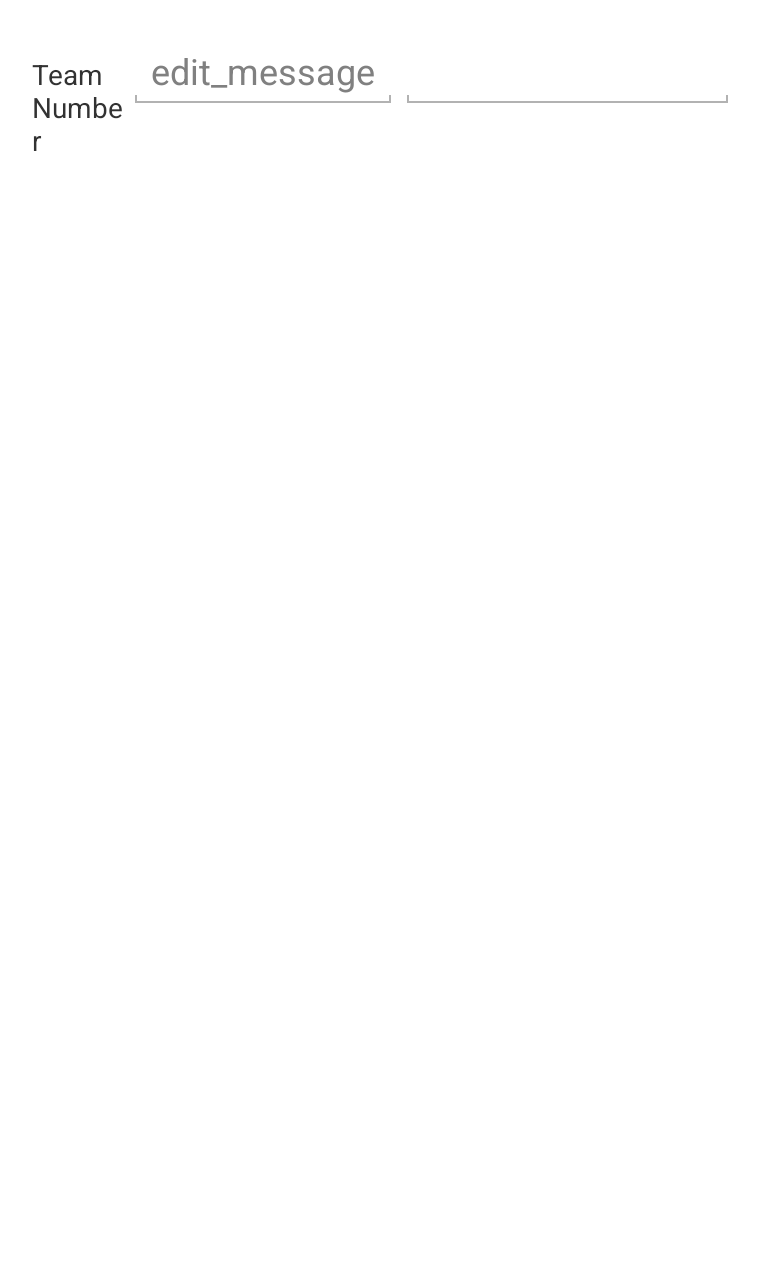
Repository: lmrobotics/linn-mar-robotics
Layout: 2013_14/Android/raflood/workspace/FTCScout/res/layout/activity_main.xml
These files come from the project's save history. The layout is drawn as it stood at one moment and after the next save; the edit follows.
It is drawn on a 768 x 1280 px phone screen (xhdpi) without system bars, with theme AppTheme; the app's code is not run.

Above is the layout before, as saved 2013-10-17 12:36:31.

### 2013_14/Android/raflood/workspace/FTCScout/res/layout/activity_main.xml
<LinearLayout xmlns:android="http://schemas.android.com/apk/res/android"
    xmlns:tools="http://schemas.android.com/tools"
    android:layout_width="match_parent"
    android:layout_height="match_parent"
    android:orientation="horizontal"
    android:paddingBottom="@dimen/activity_vertical_margin"
    android:paddingLeft="@dimen/activity_horizontal_margin"
    android:paddingRight="@dimen/activity_horizontal_margin"
    android:paddingTop="@dimen/activity_vertical_margin"
    tools:context=".MainActivity" >

    <TextView
        android:id="@+id/textView1"
        android:layout_width="wrap_content"
        android:layout_height="wrap_content"
        android:layout_weight="1"
        android:text="Team Number" />

    <EditText android:id="@+id/edit_message"
        android:layout_width="wrap_content"
        android:layout_height="wrap_content"
        android:hint="edit_message" />

    <EditText
        android:id="@+id/editText1"
        android:layout_width="wrap_content"
        android:layout_height="wrap_content"
        android:layout_weight="1"
        android:ems="10"
        android:inputType="numberDecimal" />

</LinearLayout>

Loaded but not shown: 2013_14/Android/raflood/workspace/FTCScout/res/values/styles.xml (common file); 2013_14/Android/raflood/workspace/FTCScout/res/values-v11/styles.xml (common file); 2013_14/Android/raflood/workspace/FTCScout/res/values-v14/styles.xml (common file); 2013_14/Android/raflood/workspace/FTCScout/res/values/dimens.xml (common file)

After the next save:
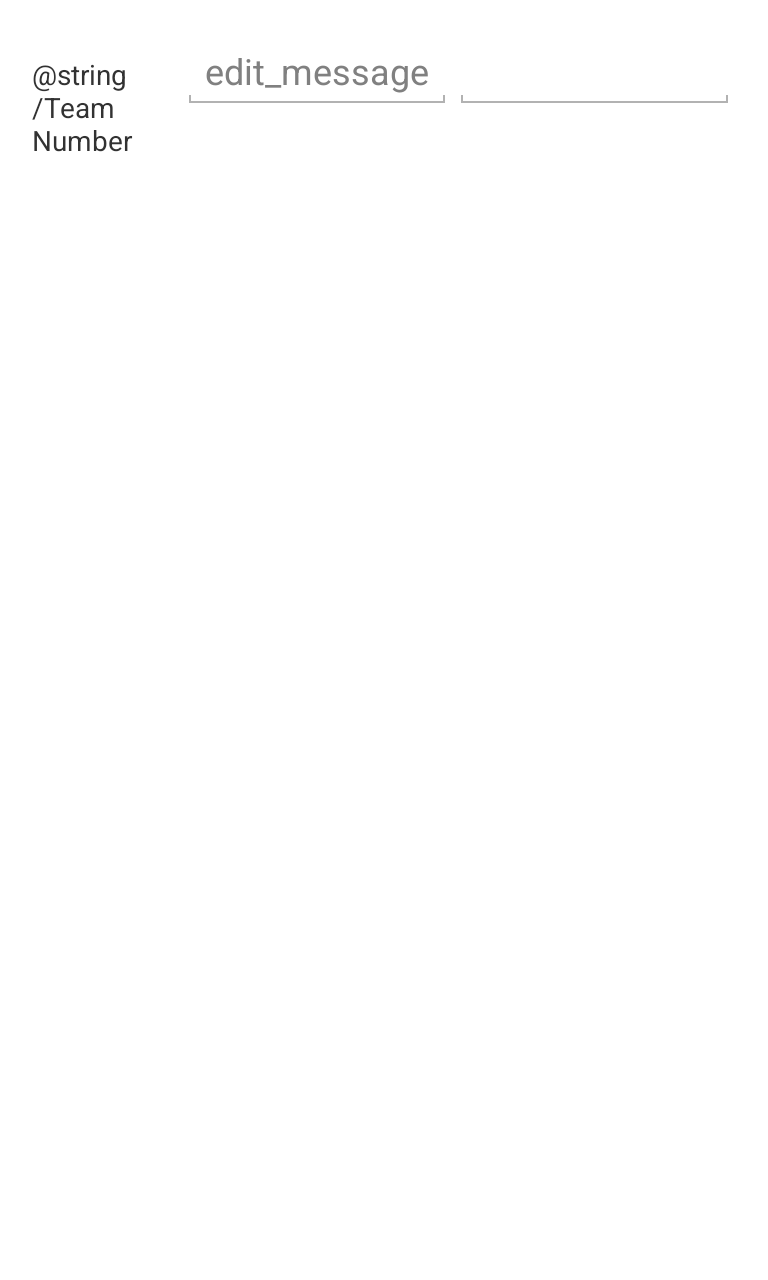
Saved 109 s later.
--- a/2013_14/Android/raflood/workspace/FTCScout/res/layout/activity_main.xml
+++ b/2013_14/Android/raflood/workspace/FTCScout/res/layout/activity_main.xml
@@ -14,7 +14,7 @@
         android:layout_width="wrap_content"
         android:layout_height="wrap_content"
         android:layout_weight="1"
-        android:text="Team Number" />
+        android:text="@string/Team Number" />
 
     <EditText android:id="@+id/edit_message"
         android:layout_width="wrap_content"
